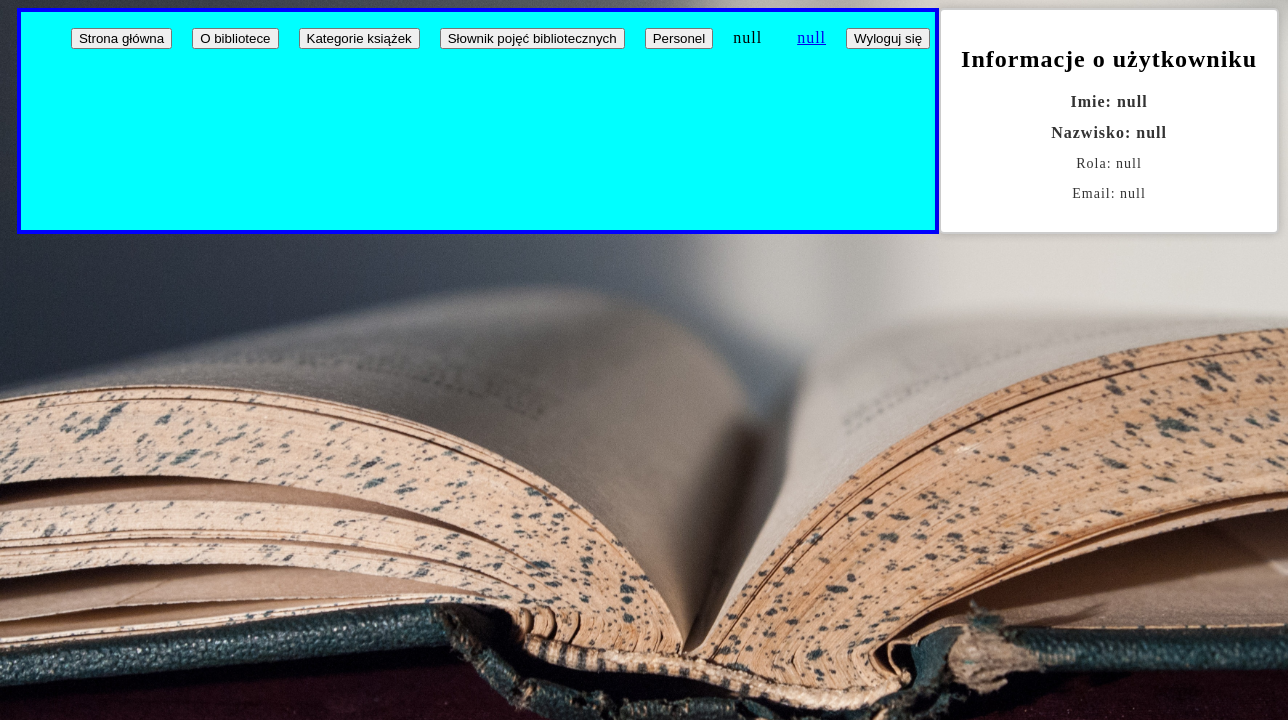
Repository: Dominik098/projekt
Page: http://localhost/biblioteka/info_o_koncie.jsp
These files come from the project's save history. The page is drawn as it stood at one moment and after the next save; the edit follows.
The browser window is 1280 px wide. The page is 1288 px wide, so the pictures cover 1288 px, including what lies to the right of the window. The pictures show the whole page.
The page is served by Tomcat 9. Other server files are loaded and not shown.

Above is the page before, as saved 2023-06-21 07:21:01.

### java projekt/biblioteka/src/main/webapp/info_o_koncie.jsp
 <%@ page language="java" contentType="text/html; charset=UTF-8"%>
<!DOCTYPE html>
<html>
<head>
  <title>Informacje o użytkowniku</title>
  <link rel="stylesheet" type="text/css" href="info_uz.css">
</head>
<body>

<header>
        <nav>
            <ul>
               <li class="znacznik" ><a href="A_strona-gl.jsp"><button class="pobierz" >Strona główna</button></a></li>
                <li class="znacznik" ><a href="B_O bibiotece.jsp"><button class="pobierz" >O bibliotece</button></a></li>
                <li  class="znacznik"><a href="C_Kategorie-książek.jsp"><button class="pobierz">Kategorie książek</button></a></li>
                <!--   <li><a href="D_Wypożyczenia.jsp"><button class="pobierz" >Wypożyczane </a></li>-->
                <li class="znacznik"><a href="E_Słownik pojęć.jsp"><button class="pobierz" >Słownik pojęć bibliotecznych</button></a></li>
                <li class="znacznik"><a href="F_personel.jsp"><button class="pobierz" >Personel</button></a></li>
               <!-- <li class="znacznik"><a href="G_login.jsp">Logowanie</a></li>
                <li class="znacznik"><a href="H_rejestracja.jsp">Rejestracja</a></li>-->

                 <li> <a > <%=session.getAttribute("administrator") %></a><li>


                 <li><a href="info_o_koncie.jsp"><i class="fa fa-user"></i> <%=session.getAttribute("email-login") %></a></li>




                <li  ><a href="#" onclick="confirmLogout()"><button class="pobierz" >Wyloguj się</button></a></li>

            </ul>

        </nav>

    </header>
  <div class="container">
    <h1>Informacje o użytkowniku</h1>
    <div class="user-info">
      <div class="user-details">
        <h2>Imie: <%=session.getAttribute("aimie") %></h2>
        <h2>Nazwisko: <%=session.getAttribute("anazwisko") %></h2>
        <p>Rola: <%=session.getAttribute("administrator") %></p>
        <p>Email: <%=session.getAttribute("email-login") %></p>


      </div>
    </div>
  </div>
</body>
</html>

### java projekt/biblioteka/src/main/webapp/info_uz.css


body {
  width: 100%;
  height: 100%;
  display: flex;
  justify-content: center;
  letter-spacing: 1px;
  background-color: #0c1022;
  background-image: url(zdj.jpg);
  background-size: 1400px;
}

.container {
  background-color: #fff;
  padding: 20px;
  border-radius: 5px;
  box-shadow: 0 0 10px rgba(0, 0, 0, 0.2);
  border: 2px solid #ccc;
  max-width: 400px;
}

h1 {
  text-align: center;
  margin-bottom: 20px;
}

.user-details {
  text-align: center;
}

.user-details h1, .user-details h2, .user-details p {
  color: #333;
  margin-bottom: 10px;
}

/* Dynamiczny design */

.container:hover {
  transform: scale(1.05);
  box-shadow: 0 0 15px rgba(0, 0, 0, 0.3);
  transition: transform 0.3s ease-in-out, box-shadow 0.3s ease-in-out;
}

.container h1 {
  font-size: 24px;
}

.user-details h1 {
  font-size: 18px;
}

.user-details h2 {
  font-size: 16px;
}

.user-details p {
  font-size: 14px;
}



header {
    border: 4px;
    background-color: aqua;
    border: 4px solid blue;
    padding-bottom: 2px;
}

.nav {
    text-align: center;
    padding: 10px;

}

ul li {
    display: inline;
    margin-left: 5px;
    padding: 5px;


}

ul {
    text-align: center;
}


main {
    padding: 3px;
    background-color: blueviolet;
}

After the next save:
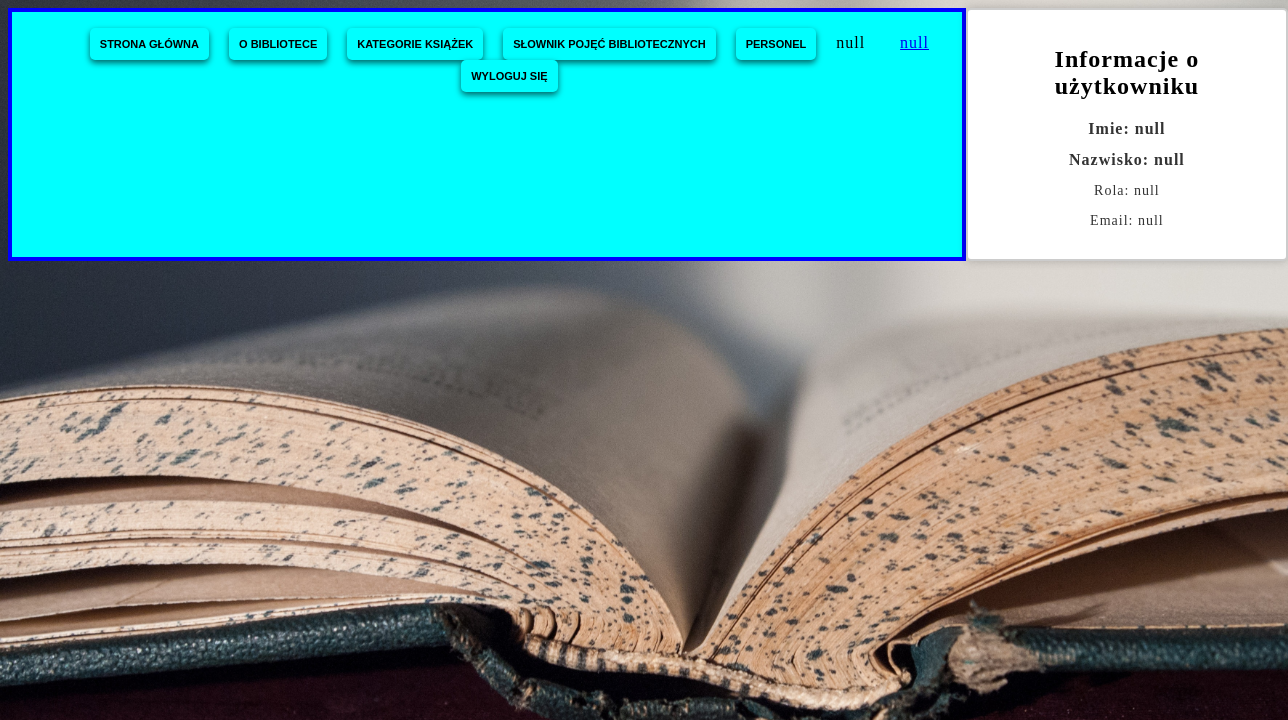
Saved 2 min 26 s later.
--- a/java projekt/biblioteka/src/main/webapp/info_uz.css
+++ b/java projekt/biblioteka/src/main/webapp/info_uz.css
@@ -90,3 +90,24 @@ main {
     padding: 3px;
     background-color: blueviolet;
 }
+
+.pobierz{
+
+  display: inline-block;
+  padding: 10px 10px;
+  font-size: 11px;
+  font-weight: bold;
+  text-align: center;
+  text-transform: uppercase;
+  color: black;
+  background-color:  aqua;
+  border: none;
+  border-radius: 5px;
+  box-shadow: 0 3px 6px rgba(0, 0, 0, 0.6);
+  cursor: pointer;
+  transition: background-color 0.3s ease;
+}
+
+.pobierz:hover {
+  background-color: #0056b3;
+}
